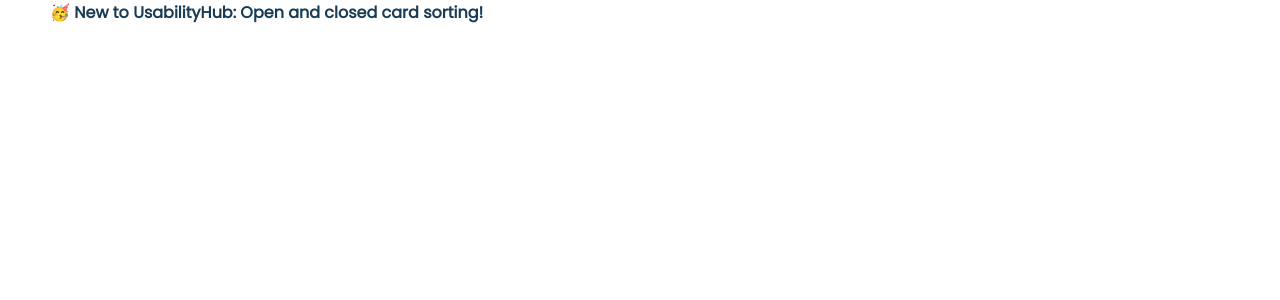
Repository: ramlakhan1/clone1
Page: index.html
These files come from the project's save history. The page is drawn as it stood at one moment and after a run of saves; the edit follows.
The browser window is 1280 px wide. The pictures show the whole page.
Some web libraries are served in a nearby version.

Above is the page before, as saved 2022-11-29 17:01:36.

After the next 2 saves:
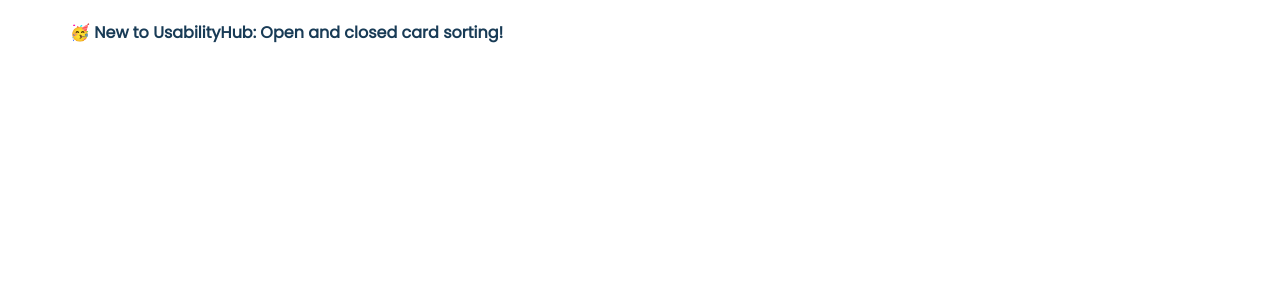
The 2 saves are shown as one change because they came seconds apart.
The last was saved 7 s later.
--- a/style.css
+++ b/style.css
@@ -40,7 +40,7 @@
 .container {
     max-width: 1180px;
     margin-inline:  auto;
-    padding: var();
+    padding: var(--padding-inline-section);
 }
 .small-bold-text {
     font-size: 1rem;
